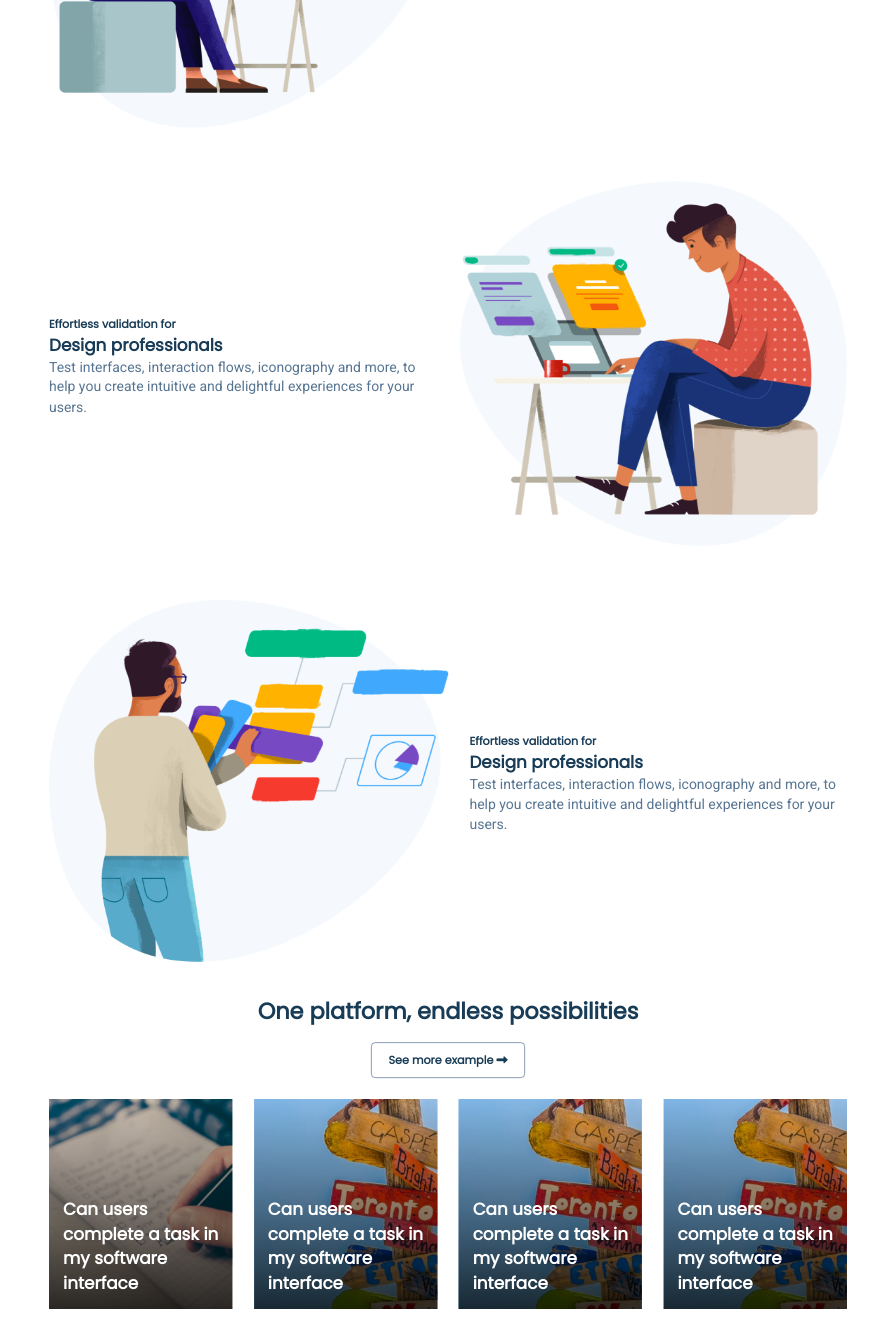
Repository: ramlakhan1/clone1
Page: index.html
An editor plug-in stored every save of this project. The page is shown before and after the next save, followed by the edit.
The browser window is 1280 px wide. The pictures show the part of the page from y = 2160 to 4080 px (the page is 4080 px tall), at 70% of full size.
Some web libraries are served in a nearby version.

Above is the page before, as saved 2022-11-29 21:37:35.

After the next save:
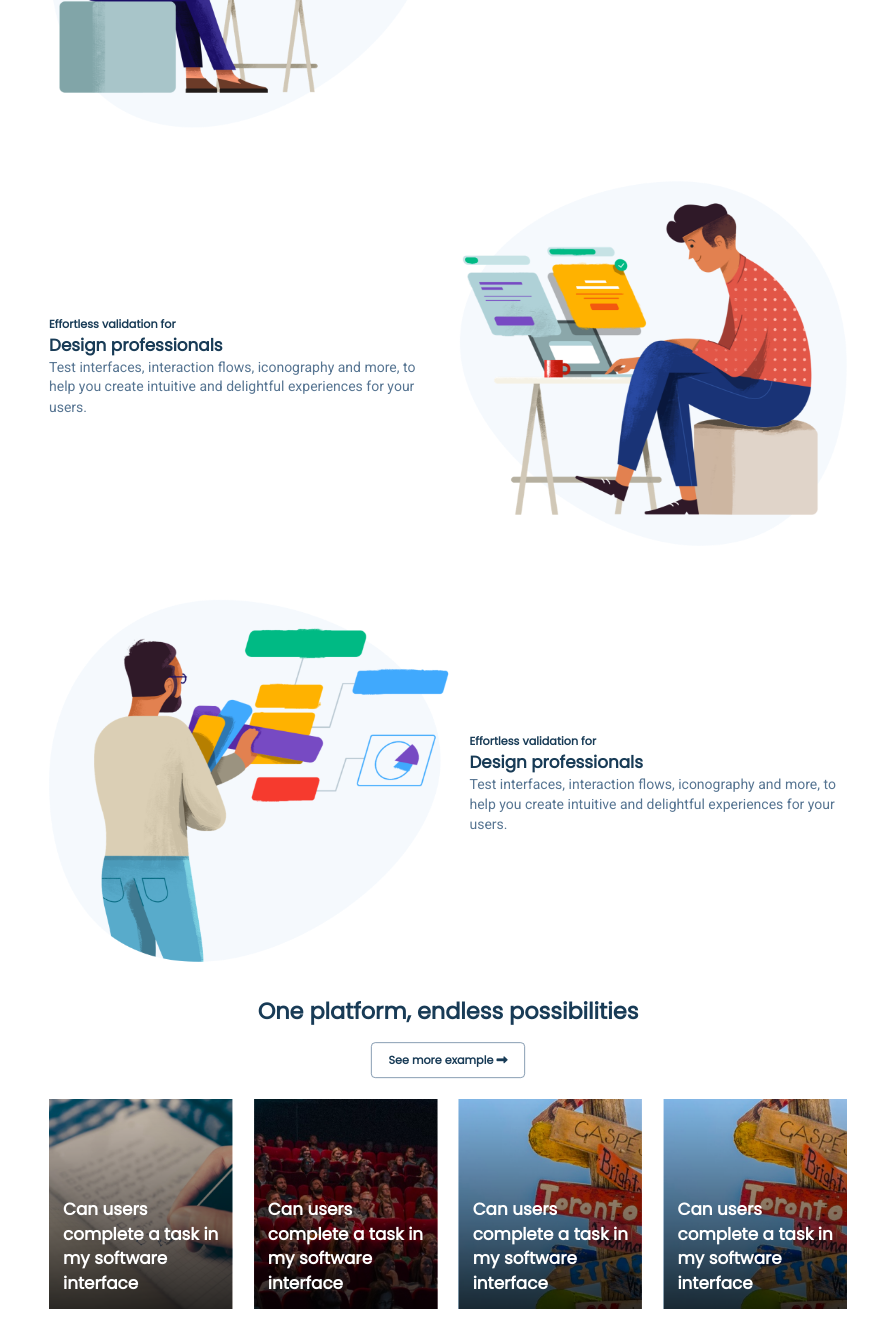
Saved 14 s later.
--- a/index.html
+++ b/index.html
@@ -192,7 +192,7 @@
               Can users complete a task in my software interface
             </h3>
           </a>
-          <a href="#" class="examples-card" style=" background: linear-gradient(rgb(0, 0, 0, 0.1), rgb(0, 0, 0, 0.8)), url('./assets/asset\ 35.jpeg');">
+          <a href="#" class="examples-card" style=" background: linear-gradient(rgb(0, 0, 0, 0.1), rgb(0, 0, 0, 0.8)), url('./assets/asset\ 36.jpeg');">
             <h3 class="card-text">
               Can users complete a task in my software interface
             </h3>
